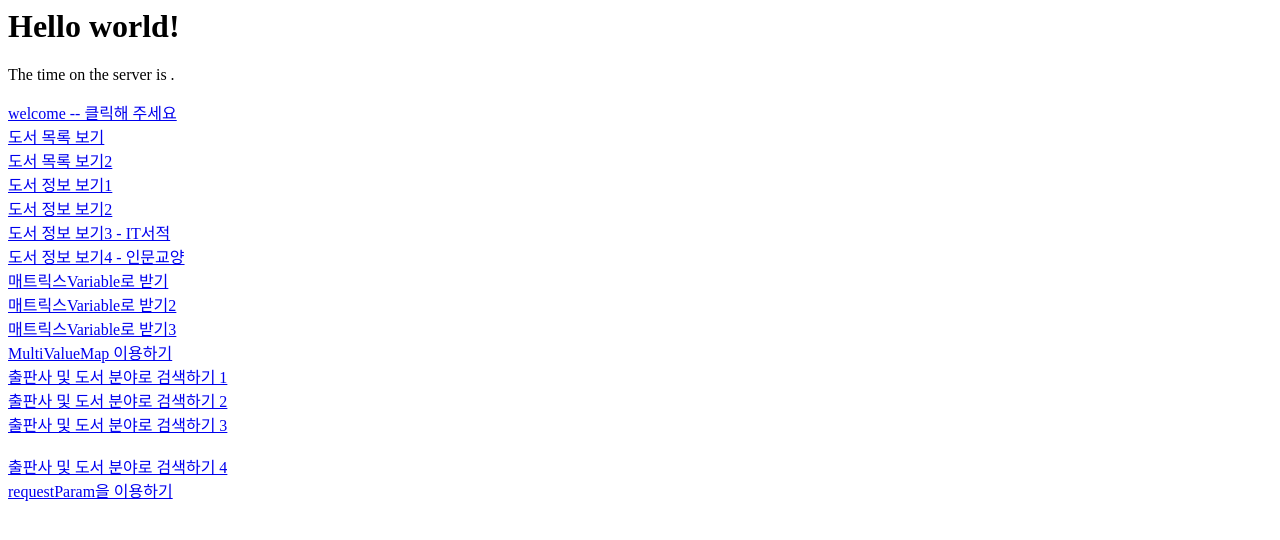
Repository: heojun0827/SpringLegacy
Page: http://localhost/book/WEB-INF/views/home.jsp
An editor plug-in stored every save of this project. The page is shown before and after the next save, followed by the edit.
The browser window is 1280 px wide. The pictures show the whole page.
The page is served by Tomcat 9. Nobody is signed in. The template is opened directly, without the code that normally fills it, so the values that code supplies are empty.

Above is the page before, as saved 2023-07-12 02:55:25.

After the next save:
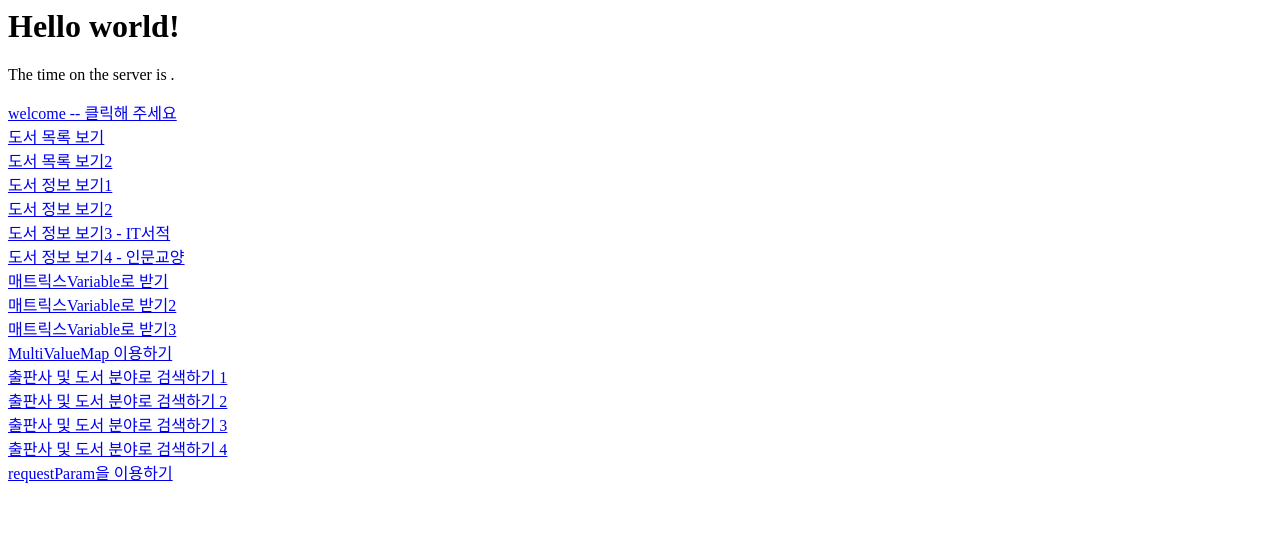
Saved 4 s later.
--- a/book/src/main/webapp/WEB-INF/views/home.jsp
+++ b/book/src/main/webapp/WEB-INF/views/home.jsp
@@ -24,7 +24,7 @@
 	<a href="/test/t7/ISBN=700;publisher=더조은;name=스프링/category/IT서적;publisher=아이티;author=아카데미">MultiValueMap 이용하기</a><br>
 	<a href = "/books/filter/bookFilter;publisher=한길사;category=인문교양">출판사 및 도서 분야로 검색하기 1</a><br>
 	<a href = "/books/filter/bookFilter;publisher=한빛아카데미;category=IT서적">출판사 및 도서 분야로 검색하기 2</a><br>
-	<a href = "/books/filter/bookFilter;publisher=이지스퍼블리싱;category=IT서적"">출판사 및 도서 분야로 검색하기 3</a><br><br>
+	<a href = "/books/filter/bookFilter;publisher=이지스퍼블리싱;category=IT서적"">출판사 및 도서 분야로 검색하기 3</a><br>
 
 	<!--  이지스퍼블리싱 출판사에 도서분야가 IT서적, 인문교양 두개가 있다면 아래와 같이 작성하면됨 -->
 	<a href="/books/filter/bookFilter;publisher=이지스퍼블리싱;category=IT서적,인문교양">출판사 및 도서 분야로 검색하기 4</a><br>
